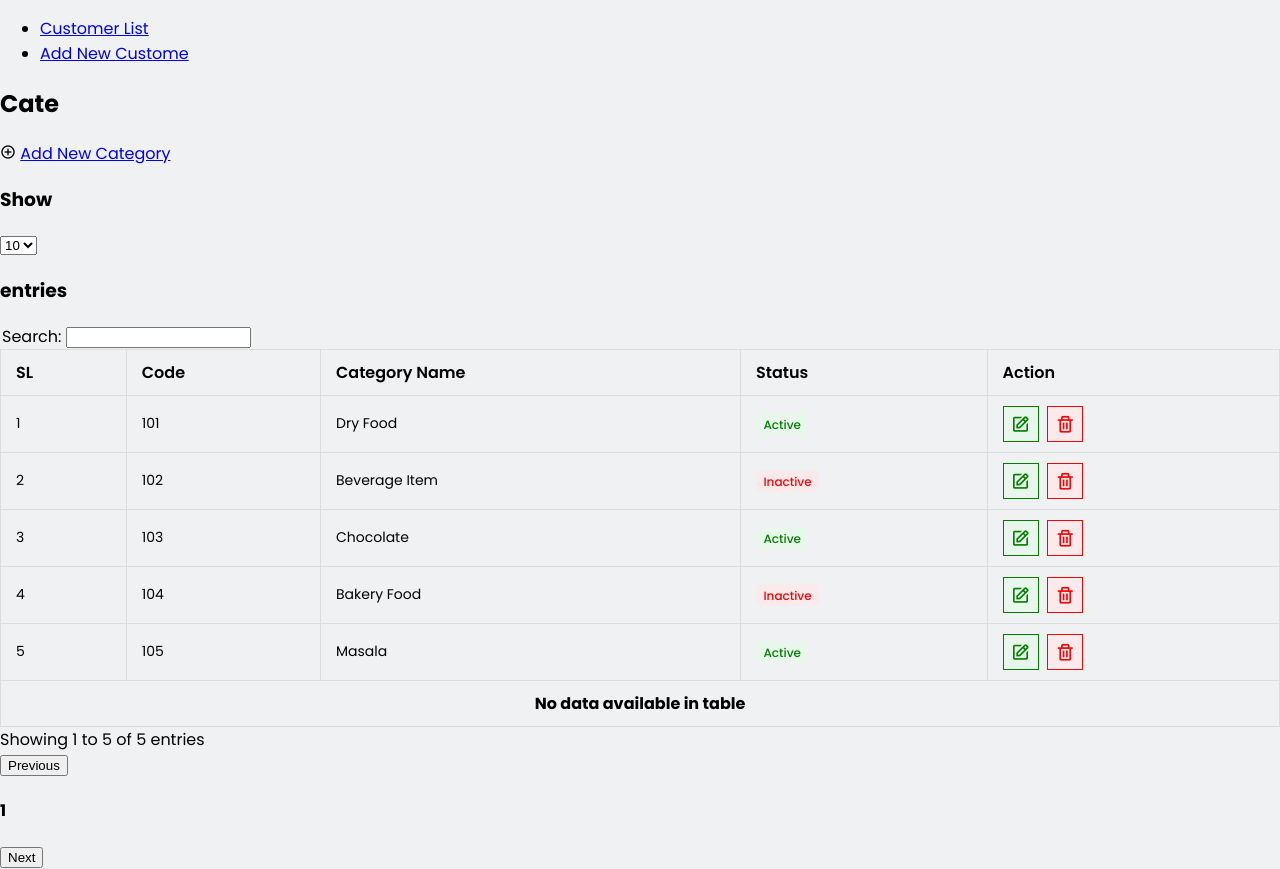
Repository: codebyaddro/customer-page
Page: customer.html
These files come from the project's save history. The page is drawn as it stood at one moment and after a run of saves; the edit follows.
The browser window is 1280 px wide. The pictures show the whole page.

Above is the page before, as saved 2025-02-20 13:53:14.

### customer.html
<!DOCTYPE html>
<html lang="en">
<head>
    <meta charset="UTF-8">
    <meta name="viewport" content="width=device-width, initial-scale=1.0">
    <!-- CSS -->
    <link rel="stylesheet" href="css/customer.css">
    <!-- Icons -->
    <link href='https://unpkg.com/boxicons@2.1.4/css/boxicons.min.css' rel='stylesheet'>
    <title>Customer - Page</title>
</head>
<body>
    <div class="cba-customer-container">
        <div class="cba-cusc-top-menus">
            <ul>
                <li><a href="/index.html" class="-cba-cusc-active-menu">Customer List</a></li>
                <li><a href="/inner-pages/html/anc.html" class="cba-cusc-light-up">Add New Custome</a></li>
            </ul>
        </div>
        <div class="cba-cusc-list-container">
            <div class="cba-cusc-heading-add-new-btn">
                <div class="cba-cusc-heading">
                    <h2>Cate
                </div>
                <div class="cba-cusc-add-new-btn">
                    <i class='cba-cusc-add-icon bx bx-plus-circle'></i>
                    <a href="/inner-pages/html/anc.html">Add New Category</a>
                </div>
            </div>
            <div class="cba-cusc-list-short-dpdwn-search-box">
                <div class="cba-cusc-list-short-dpdwn">
                    <h3>Show</h3>
                    <select name="10" id="">
                        <option value="">10</option>
                        <option value="">20</option>
                        <option value="">30</option>
                        <option value="">All</option>
                    </select>
                    <h3>entries</h3>
                </div>
                <div class="cba-cusc-search-box">
                    <legend>Search: <input type="text"></legend>
                </div>
            </div>
            <div class="cba-cusc-table-list">
                <table>
                    <thead>
                        <tr>
                            <th title="SL">SL</th>
                            <th title="Code">Code</th>
                            <th title="Category Name">Category Name</th>
                            <th title="Status">Status</th>
                            <th title="Action">Action</th>
                        </tr>
                    </thead>
                    <tbody>
                        <tr>
                            <td>1</td>
                            <td>101</td>
                            <td>Dry Food</td>
                            <td><span class="active">Active</span></td>
                            <td>
                                <a title="Edit" href="#"><i class='edit-icon bx bx-edit'></i></a>
                                <a title="Delete" href="#"><i class='delete-icon bx bx-trash'></i></a>
                            </td>
                        </tr>
                        <tr>
                            <td>2</td>
                            <td>102</td>
                            <td>Beverage Item</td>
                            <td><span class="inactive">Inactive</span></td>
                            <td>
                                <a title="Edit" href="#"><i class='edit-icon bx bx-edit'></i></a>
                                <a title="Delete" href="#"><i class='delete-icon bx bx-trash'></i></a>
                            </td>
                        </tr>
                        <tr>
                            <td>3</td>
                            <td>103</td>
                            <td>Chocolate</td>
                            <td><span class="active">Active</span></td>
                            <td>
                                <a title="Edit" href="#"><i class='edit-icon bx bx-edit'></i></a>
                                <a title="Delete" href="#"><i class='delete-icon bx bx-trash'></i></a>
                            </td>
                        </tr>
                        <tr>
                            <td>4</td>
                            <td>104</td>
                            <td>Bakery Food</td>
                            <td><span class="inactive">Inactive</span></td>
                            <td>
                                <a title="Edit" href="#"><i class='edit-icon bx bx-edit'></i></a>
                                <a title="Delete" href="#"><i class='delete-icon bx bx-trash'></i></a>
                            </td>
                        </tr>
                        <tr>
                            <td>5</td>
                            <td>105</td>
                            <td>Masala</td>
                            <td><span class="active">Active</span></td>
                            <td>
                                <a title="Edit" href="#"><i class='edit-icon bx bx-edit'></i></a>
                                <a title="Delete" href="#"><i class='delete-icon bx bx-trash'></i></a>
                            </td>
                        </tr>
                        <tr class="cba-cusc-no-data-available">
                            <th colspan="5">No data available in table</th>
                        </tr>
                    </tbody>
                </table>
            </div>
            <div class="cba-cusc-entries-details-list-page-btn">
                <div class="cba-cusc-entries-details">
                    Showing <span>1</span> to <span>5</span> of <span>5</span> entries
                </div>
                <div class="cba-cusc-list-page-btn">
                    <button>Previous</button>
                    <h4><span>1</span></h4>
                    <button>Next</button>
                </div>
            </div>
        </div>
    </div>
</body>
</html>

### css/customer.css
/* -- fonts -- */
@import url('https://fonts.googleapis.com/css2?family=Poppins:ital,wght@0,100;0,200;0,300;0,400;0,500;0,600;0,700;0,800;0,900;1,100;1,200;1,300;1,400;1,500;1,600;1,700;1,800;1,900&family=Raleway:ital,wght@0,100..900;1,100..900&family=Roboto:ital,wght@0,100;0,300;0,400;0,500;0,700;0,900;1,100;1,300;1,400;1,500;1,700;1,900&family=VT323&display=swap');

/* -- root -- */

:root {
    --gray-white: #F0F1F2; /* For body*/
    --white: #FFFFFF;
    --black: #000000;
    --gray-black: #DDDDDD;
    --light-black: #212523;
    --light-black-op: #21252350;
    --main-green: #157343;
    --main-light: #37A000;
    --light-orange: #FD7E14;
    --green: #008000;
    --light-green: #e9f6ec;
    --red: #FF0000;
    --light-red: #fbeaec;
}

/* ---------- */

* {
    box-sizing: border-box;
}

body {
    margin: 0;
    padding: 0;
    font-family: "Poppins", serif;
    background-color: var(--gray-white);
}

::selection {
    color: var(--white);
    background-color: var(--main-light);
}

/* -- category container style -- */

.category-container {
    width: 100%;
    margin-top: 25px;
}

/* -- top menus style--  */

.top-menus {
    background-color: var(--white);
    display: flex;
    justify-content: left;
    align-items: center;
    height: 60px;
    margin-bottom: 15px;
}

.top-menus ul {
    list-style-type: none;
    display: flex;
    gap: 30px;
    margin-left: -20px;
}

.top-menus ul li a {
    text-decoration: none;
    color: var(--black);
    font-size: 15px;
    font-weight: 500;
}

/* -- active menu style -- */

.active-menu {
    color: var(--white)!important;
    background-color: var(--main-green);
    padding: 8px 12px;
    border-radius: 5px;
}

/* -- menu hover style -- */

.light-up:hover {
    color: var(--light-orange);
}

/* -- list container style -- */

.list-container {
    background-color: var(--white);
    padding: 0px 20px;
}

/* -- heading-add-new-btn style -- */

.heading-add-new-btn {
    display: flex;
    justify-content: space-between;
    align-items: center;
    border-bottom: 1px solid var(--gray-black) ;
}

.heading h2 {
    color: var(--light-black);
    font-size: 25px;
    font-weight: 500;
}

/* -- add-new-btn style -- */

.add-new-btn {
    display: flex;
    gap: 5px;
    justify-content: baseline;
    align-items: center;
}

.add-new-btn {
    background-color: var(--main-green);
    padding: 5px 10px;
    border-radius: 5px;
}

.add-new-btn a {
    color: var(--white);
    text-decoration: none;
}

.add-icon {
    color: var(--white);
    font-size: 20px;
}

/* -- list-short-dpdwn-search-box style -- */

.list-short-dpdwn-search-box {
    display: flex;
    justify-content: space-between;
    align-items: center;
    padding: 10px 0px;
}

/* -- list-short-dpdwn style -- */

.list-short-dpdwn {
    display: flex;
    gap: 7.5px;
    align-items: center;
}

.list-short-dpdwn h3 {
    color: var(--light-black);
    font-size: 15px;
    font-weight: 500;
}

.list-short-dpdwn select {
    color: var(--light-black);
    appearance: none;
    height: 25px;
    width: 30px;
    padding-left: 6px;
    outline: none;
    border-radius: 2.5px;
}

/* -- search-box style -- */

.search-box {
    display: flex;
    align-items: center;
}

.search-box legend {
    color: var(--light-black);
}

.search-box input {
    outline: none;
    height: 25px;
    width: 193px;
    border: 1px solid var(--gray-black);
}

/* -- table-list style --*/

table {
    border-collapse: collapse;
    width: 100%;
}

@media (max-width: 768px) {
    table {
        width: 100%;
        padding: 0rem;
        display: block;
        overflow-x: scroll;
        overflow-y: hidden;
        scrollbar-width: thin;
        scrollbar-color: var(--black);
    }
}

/* -- thead style -- */

thead {
    cursor: pointer;
}

th, td {
    border: 1px solid var(--gray-black);
    padding: 10px 15px;
}

thead tr th {
    font-size: 1rem;
    font-weight: 600;
    text-align: left;
}

tbody tr td {
    font-size: 0.875rem;
}

tbody tr:hover {
    background-color: var(--gray-white);
}

/* -- tbody style -- */

/* status style */

.active {
    color: var(--green);
    background-color: var(--light-green);
    font-size: 12px;
    font-weight: 500;
    padding: 2.5px 7.5px;
    border-radius: 5px;
}

.inactive {
    color: var(--red);
    background-color: var(--light-red);
    font-size: 12px;
    font-weight: 500;
    padding: 2.5px 7.5px;
    border-radius: 5px;
}

/* -- action style -- */

.edit-icon {
    color: var(--green);
    background-color: var(--light-green);
    padding: 7px 7px;
    margin-right: 2.5px;
    border: 1px solid var(--green);
    font-size: 20px;
}

.edit-icon:hover {
    background-color: var(--light-black-op);
}

.delete-icon {
    color: var(--red);
    background-color: var(--light-red);
    padding: 7px 7px;
    margin-left: 2.5px;
    border: 1px solid var(--red);
    font-size: 20px;
}

.delete-icon:hover {
    background-color: var(--light-black-op);
}

/* -- no data style */

.no-data-available th {
    font-size: 14px;
    font-weight:500;
    color: var(--black);
    background-color: var(--gray-white);
}

/* -- entries-details-list-page-btn style -- */

.entries-details-list-page-btn {
    display: flex;
    justify-content: space-between;
    align-items: center;
    padding: 10px 0px;
}

.entries-details {
    color: var(--black);
    font-size: 15px;
}

.list-page-btn {
    display: flex;
    gap: 5px;
    align-items: center;
}

.list-page-btn button {
    color: var(--light-black);
    background-color: var(--gray-white);
    padding: 8px 14px;
    border: none;
    border-radius: 5px;
    cursor: pointer;
}

.list-page-btn h4 {
    color: var(--white);
    background-color: var(--main-light);
    font-size: 15px;
    font-weight: 400;
    padding: 3px 12px;
    border-radius: 5px;
}

After the next 7 saves:
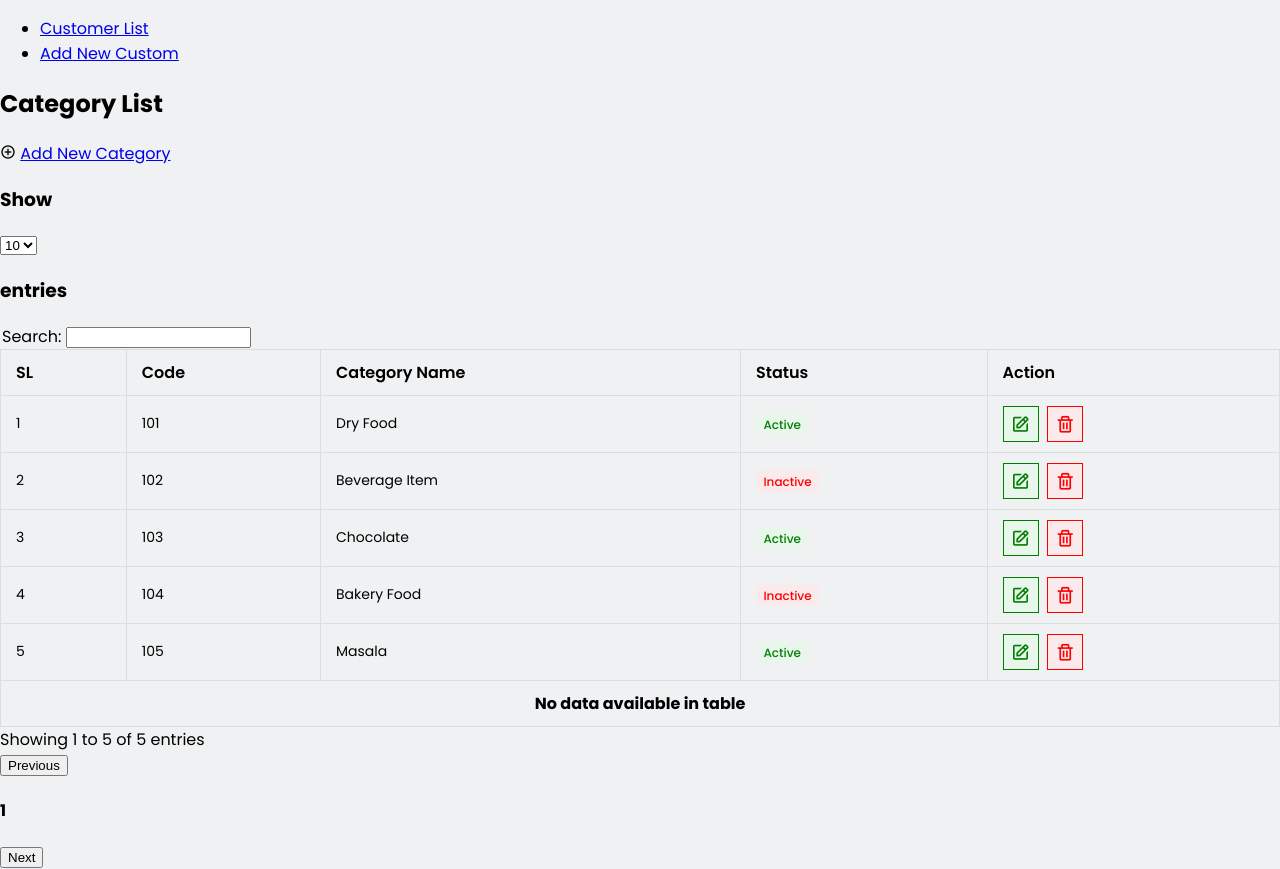
The 7 saves are shown as one change because they came seconds apart.
The last was saved 16 s later.
--- a/customer.html
+++ b/customer.html
@@ -14,13 +14,13 @@
         <div class="cba-cusc-top-menus">
             <ul>
                 <li><a href="/index.html" class="-cba-cusc-active-menu">Customer List</a></li>
-                <li><a href="/inner-pages/html/anc.html" class="cba-cusc-light-up">Add New Custome</a></li>
+                <li><a href="/inner-pages/html/anc.html" class="cba-cusc-light-up">Add New Custom</a></li>
             </ul>
         </div>
         <div class="cba-cusc-list-container">
             <div class="cba-cusc-heading-add-new-btn">
                 <div class="cba-cusc-heading">
-                    <h2>Cate
+                    <h2>Category List</h2>
                 </div>
                 <div class="cba-cusc-add-new-btn">
                     <i class='cba-cusc-add-icon bx bx-plus-circle'></i>
